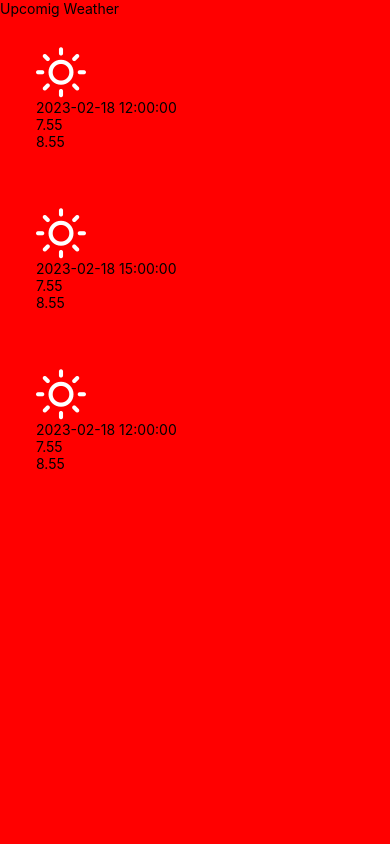
Repository: akinmiday/fcc
Screen: / (app in WeatherApp/)
An editor plug-in stored every save of this project. The screen is shown before and after the next save, followed by the edit.
The app was drawn by React Native's web renderer in a window 390 px wide. The project was rebuilt for these pictures with package versions that can differ from the ones it lists, and the page was loaded fresh each time. Also part of the build but not shown: WeatherApp/src/components/CurrentWeather.js.

Above is the screen before, as saved 2023-07-19 08:05:44.

### WeatherApp/App.js
import React from "react"
import { View, StyleSheet } from "react-native"
import CurrentWeather from "./src/components/CurrentWeather"
import UpcomingWeather from "./src/components/UpcomingWeather"

const App = () => {
  return (
    <View style={styles.container}>
      <UpcomingWeather />
    </View>
  )
}

const styles = StyleSheet.create({
  container: {
    flex: 1
  }
})

export default App

### WeatherApp/src/components/UpcomingWeather.js
import React from "react"
import {
  SafeAreaView,
  StyleSheet,
  Text,
  FlatList,
  View,
  StatusBar
} from "react-native"
import { Feather } from "@expo/vector-icons"

const DATA = [
  {
    dt_txt: "2023-02-18 12:00:00",
    main: {
      temp_max: 8.55,
      temp_min: 7.55
    },
    weather: [
      {
        main: "Clear"
      }
    ]
  },

  {
    dt_txt: "2023-02-18 15:00:00",
    main: {
      temp_max: 8.55,
      temp_min: 7.55
    },
    weather: [
      {
        main: "Clouds"
      }
    ]
  },
  {
    dt_txt: "2023-02-18 12:00:00",
    main: {
      temp_max: 8.55,
      temp_min: 7.55
    },
    weather: [
      {
        main: "Rain"
      }
    ]
  }
]

const Item = (props) => {
  const { dt_txt, min, max, condition } = props
  return (
    <View style={styles.item}>
      <Feather name="sun" size={50} color="white" />
      <Text>{dt_txt}</Text>
      <Text>{min}</Text>
      <Text>{max}</Text>
    </View>
  )
}

const UpcomingWeather = () => {
  const renderItem = ({ item }) => (
    <Item
      condition={item.weather[0].main}
      dt_txt={item.dt_txt}
      min={item.main.temp_min}
      max={item.main.temp_max}
    />
  )
  return (
    <SafeAreaView style={styles.container}>
      <Text>Upcomig Weather</Text>
      <FlatList
        data={DATA}
        renderItem={renderItem}
        keyExtractor={(item) => item.dt_txt}
      />
    </SafeAreaView>
  )
}

const styles = StyleSheet.create({
  container: {
    flex: 1,
    marginTop: StatusBar.currentHeight || 0,
    backgroundColor: "red"
  },
  item: {
    padding: 20,
    marginVertical: 8,
    marginHorizontal: 16
  }
})

export default UpcomingWeather

After the next save:
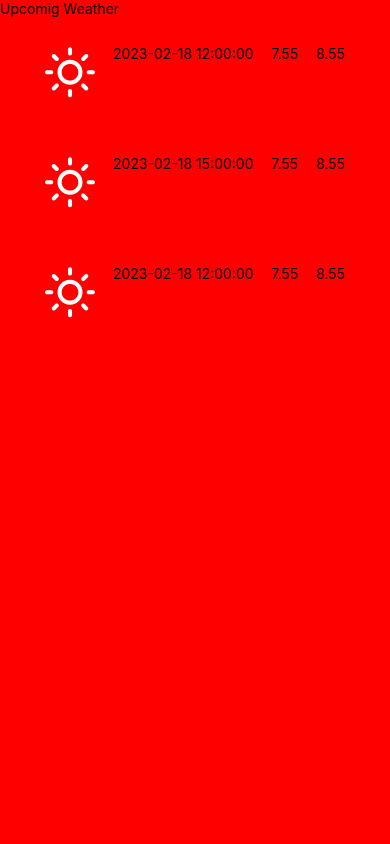
Saved 34 s later.
--- a/WeatherApp/src/components/UpcomingWeather.js
+++ b/WeatherApp/src/components/UpcomingWeather.js
@@ -91,7 +91,9 @@ const styles = StyleSheet.create({
   item: {
     padding: 20,
     marginVertical: 8,
-    marginHorizontal: 16
+    marginHorizontal: 16,
+    flexDirection: "row",
+    justifyContent: "space-around"
   }
 })
 
